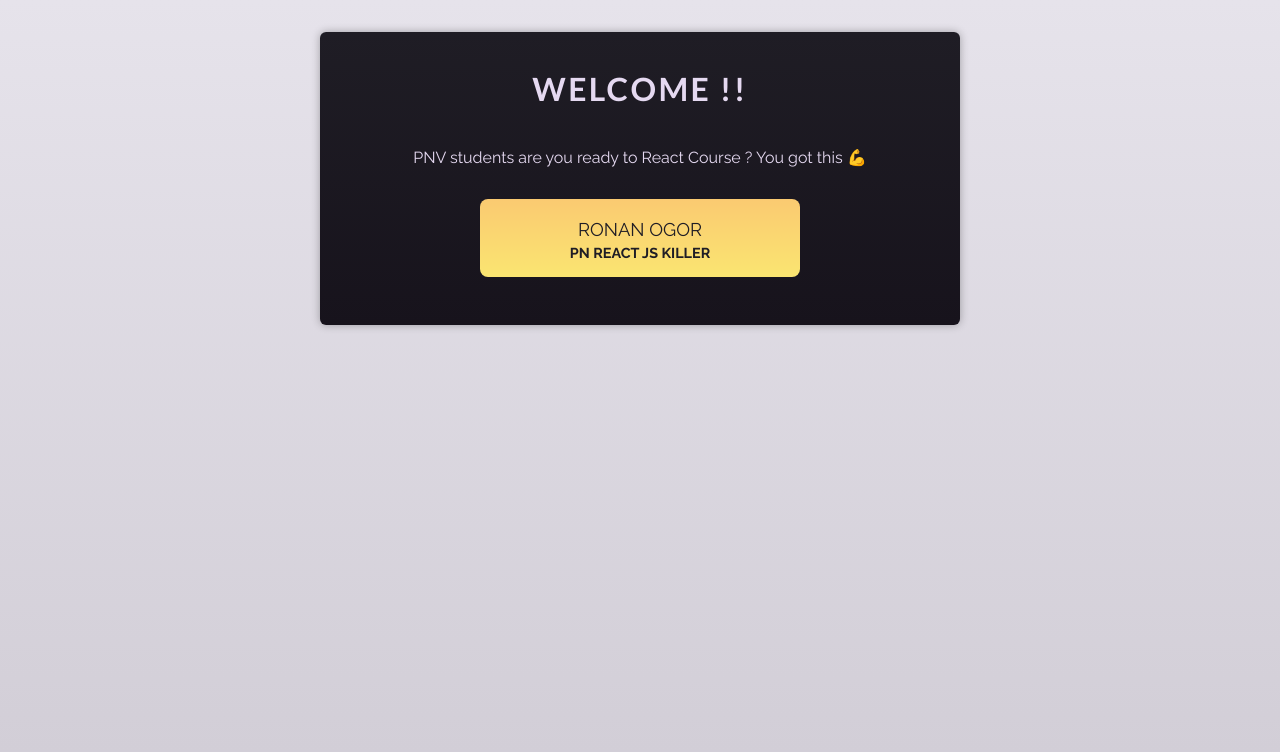
Repository: SoutPanhavon168/S2---PRACTICE---Props---List-display
Page: / (app in exercise-1/)
An editor plug-in stored every save of this project. The page is shown before and after the next save, followed by the edit.
The browser window is 1280 px wide. The pictures show the whole page.
The project was rebuilt for these pictures with package versions that can differ from the ones it lists, and the page was loaded fresh each time. Also part of the build but not shown: exercise-1/vite.config.js.

Above is the page before, as saved 2025-02-27 13:57:34.

### exercise-1/src/App.jsx
import React from "react";

export const userData = {
  firstName: "Ronan", // feel free to replace the name value
  lastName: "Ogor", // feel free to replace the name value
  title: "PN React JS Killer", // feel free to replace the title value
};

// Edit the User component code to output the userData data
export function User({firstName , lastName , title}) {
  return (
    <div id="user" data-testid="user">
      <h2>{firstName} {lastName}</h2>
      <p>{title}</p>
    </div>
  );
}

// DON'T edit the App component code
function App() {
  return (
    <div id="app">
      <h1>WELCOME !!</h1>
      <p>PNV students are you ready to React Course ? You got this 💪</p>
      <User firstName={userData.firstName} lastName={userData.lastName} title={userData.title}/>
    </div>
  );
}

export default App;

Loaded but not shown: exercise-1/index.html (common file); exercise-1/src/index.jsx (common file); exercise-1/src/index.css (common file)

After the next save:
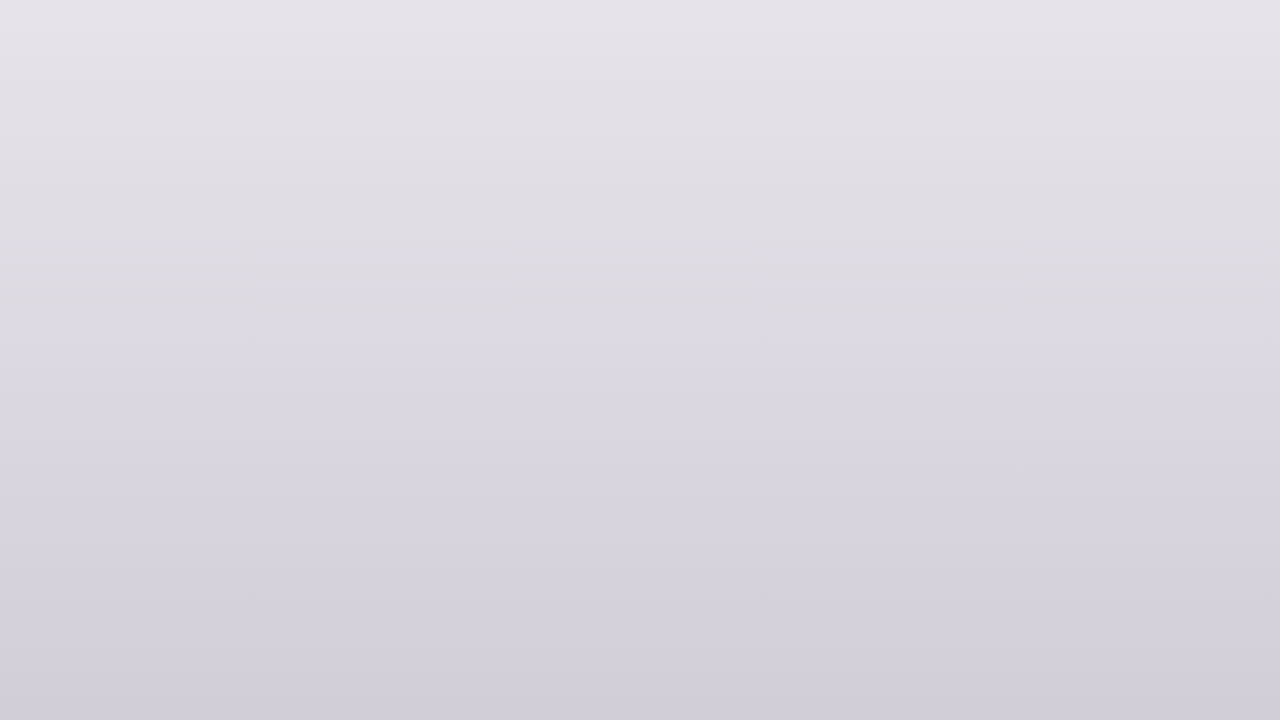
Console error: ReferenceError: firstName is not defined
Saved 2 min 57 s later.
--- a/exercise-1/src/App.jsx
+++ b/exercise-1/src/App.jsx
@@ -7,7 +7,7 @@
 };
 
 // Edit the User component code to output the userData data
-export function User({firstName , lastName , title}) {
+export function User() {
   return (
     <div id="user" data-testid="user">
       <h2>{firstName} {lastName}</h2>

After the 4 saves that followed:
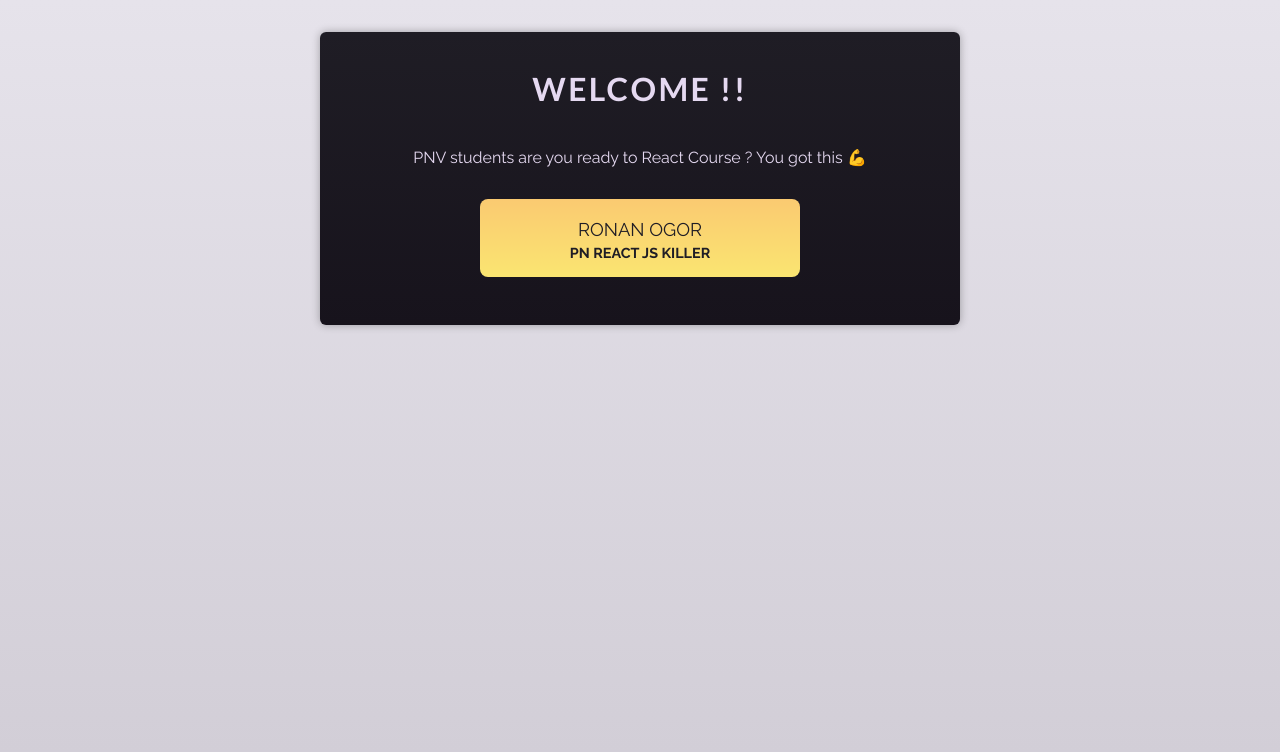
The error is gone.
The 4 saves are shown as one change because 3 left the picture as it was.
The last was saved 41 s later.
--- a/exercise-1/src/App.jsx
+++ b/exercise-1/src/App.jsx
@@ -10,8 +10,8 @@
 export function User() {
   return (
     <div id="user" data-testid="user">
-      <h2>{firstName} {lastName}</h2>
-      <p>{title}</p>
+      <h2>{userData.firstName} {userData.lastName}</h2>
+      <p>{userData.title}</p>
     </div>
   );
 }
@@ -22,7 +22,7 @@
     <div id="app">
       <h1>WELCOME !!</h1>
       <p>PNV students are you ready to React Course ? You got this 💪</p>
-      <User firstName={userData.firstName} lastName={userData.lastName} title={userData.title}/>
+      <User/>
     </div>
   );
 }
